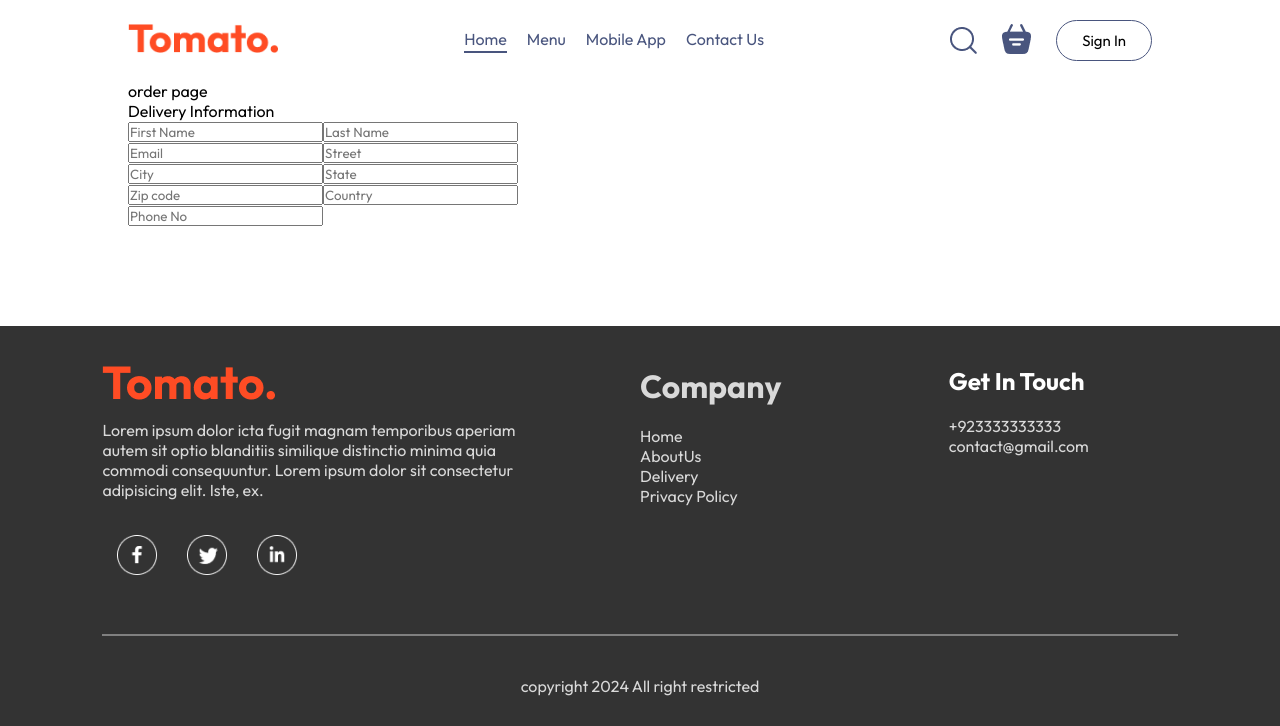
Repository: Attar786/Food-ordering-app
Page: /order (app in frontend/)
An editor plug-in stored every save of this project. The page is shown before and after the next save, followed by the edit.
The browser window is 1280 px wide. The pictures show the whole page.
The project was rebuilt for these pictures with package versions that can differ from the ones it lists, and the page was loaded fresh each time. Also part of the build but not shown: frontend/vite.config.js, frontend/src/components/Header/Header.css, frontend/src/components/Header/Header.jsx, frontend/src/components/ExploreMenu/ExploreMenu.css, frontend/src/components/ExploreMenu/ExploreMenu.jsx, frontend/src/components/FoodDisplay/FoodDisplay.css, frontend/src/components/FoodItem/FoodItem.css, frontend/src/components/FoodItem/FoodItem.jsx and 8 more.

Above is the page before, as saved 2024-07-30 20:36:19.

### frontend/src/main.jsx
import ReactDOM from 'react-dom/client'
import App from './App.jsx'
import './index.css'
import {BrowserRouter} from 'react-router-dom'
import StoreContextProvider from './context/StoreContext.jsx'
ReactDOM.createRoot(document.getElementById('root')).render(
<BrowserRouter>

<StoreContextProvider>
<App />
</StoreContextProvider>

    </BrowserRouter>
)

### frontend/src/App.jsx
import './index.css'
import Navbar from "./components/Navbar/Navbar"
import Home from './pages/Home/Home'
import Cart from './pages/Cart/Cart'
import PlaceOrder from './pages/PlaceOrder/PlaceOrder'
import { Route, Routes } from 'react-router-dom'
import Footer from './components/Footer/Footer'

import LoginPopup from './components/LoginPopup/LoginPopup'
import { useState } from 'react'
function App() {
  const [showLogin, setShowLogin] = useState(false);

  return (
    <>
  {showLogin?<LoginPopup setShowLogin={setShowLogin}/>:<></>}
  <div className='app'>
  <Navbar setShowLogin = {setShowLogin} />
<Routes>
<Route path='/' element={<Home/>}/>
<Route path='/cart' element={<Cart/>}/>
<Route path='/order' element={<PlaceOrder/>}/>
</Routes>
  </div>
  <Footer/>
    </>
  )
}

export default App

### frontend/src/index.css
@import url('https://fonts.googleapis.com/css2?family=Outfit:wght@100..900&display=swap');


*{
margin: 0;
padding: 0;
 box-sizing: border-box;
 font-family: outfit;
 scroll-behavior: smooth;
}
body{
height: 100vh;
}
a{
text-decoration: none;
color : inherit;
}
.app{
    width: 80%;
    margin: auto;
}
@keyframes fadeIn{
    0%{
        opacity: 0;
    }
    100%{
        opacity: 1;
    }
}

### frontend/src/context/StoreContext.jsx
import "./StoreContext.css";
import { createContext,useState } from "react";
import { food_list } from "../assets/assets"; // Ensure this path is correct and food_list is correctly exported

export const StoreContext = createContext(null);

const StoreContextProvider = (props) => {
  const [cartItems, setCartItems] = useState({});

  const addToCart = (itemId) => {
    if (!cartItems[itemId]) {
      setCartItems((prev) => ({ ...prev, [itemId]: 1 }));
    } else {
      setCartItems((prev) => ({ ...prev, [itemId]: prev[itemId] + 1 }));
    }
  };

  const removeFromCart = (itemId) => {
    setCartItems((prev) => {
      const newCount = prev[itemId] - 1;
      if (newCount <= 0) {
        const { [itemId]: _, ...rest } = prev;
        return rest;
      } else {
        return { ...prev, [itemId]: newCount };
      }
    });
  };

  const getTotalCartAmount = () => {
    let totalAmount = 0;
    for (const item in cartItems) {
      if (cartItems[item] > 0) {
        let itemInfo = food_list.find((product)=>product._id === item);
        totalAmount += itemInfo.price * cartItems[item];
      }
    }
    return totalAmount;
  }

  // useEffect(() => {
  //   console.log(cartItems);
  // }, [cartItems]);

  const contextValue = {
    food_list,
    cartItems,
    setCartItems,
    addToCart,
    removeFromCart,
    getTotalCartAmount
  };

  return (
    <StoreContext.Provider value={contextValue}>
      {props.children}
    </StoreContext.Provider>
  );
};

export default StoreContextProvider;

### frontend/src/components/Navbar/Navbar.jsx
import { useContext, useState } from 'react';
import './Navbar.css';
import { assets } from '../../assets/assets';
import { Link } from 'react-router-dom'
import { StoreContext } from '../../context/StoreContext';
const Navbar = ({setShowLogin}) => {
  const [menu, setMenu] = useState("home");
  const { getTotalCartAmount}= useContext(StoreContext);
  const handleMenuClick = (menuItem) => {
    setMenu(menuItem);
  };

  return (
<>
<div className="navbar">
    <Link to='/'> <img src={assets.logo} alt="Logo" className="logo" /></Link>
      <ul className="navbar-menu">
        <Link to='/' onClick={() => handleMenuClick("home")} className={menu === "home" ? "active" : ""}>Home</Link>
        <a href='#explore-menu' onClick={() => handleMenuClick("menu")} className={menu === "menu" ? "active" : ""}>Menu</a>
        <a href='#app-download' onClick={() => handleMenuClick("mobile-app")} className={menu === "mobile-app" ? "active" : ""}>Mobile App</a>
        <a href='#footer' onClick={() => handleMenuClick("contact-us")} className={menu === "contact-us" ? "active" : ""}>Contact Us</a>
      </ul>
      <div className="navbar-right">
        <img src={assets.search_icon} alt="search-icon" />
        <div>
         <Link to='/cart'> <img src={assets.basket_icon} alt="icons" /></Link>
          <div className={getTotalCartAmount()===0?"":"dot" }></div>
        </div>
        <button onClick={()=>setShowLogin(true)} >Sign In</button>

      </div>

    </div>

</>
  );
}


export default Navbar;

### frontend/src/pages/PlaceOrder/PlaceOrder.jsx
import './PlaceOrder.css'
const PlaceOrder = () => {
  return (

<form>order page
  <div className="place-order-left">
    <p className="title">Delivery Information</p>
    <div className="multi-fields">
      <input type="text"  placeholder = "First Name" />
      <input type="text" placeholder = "Last Name" />
    </div>
    <input type='email' placeholder='Email' />
    <input type='email' placeholder='Street' />
    <div className="multi-fields">
      <input type="text"  placeholder = "City" />
      <input type="text" placeholder = "State" />
    </div>
    <div className="multi-fields">
      <input type="text"  placeholder = "Zip code" />
      <input type="text" placeholder = "Country" />
    </div>
    <input type="text" placeholder='Phone No' />
    </div>
    <div className="place-order-right">


    </div>
</form>
  )
}

export default PlaceOrder

### frontend/src/components/Footer/Footer.jsx
import "./Footer.css"
import { assets } from "../../assets/assets"
const Footer = () => {
  return (
    <div className="footer" id="footer">
<div className="footer-content">
    <div className="footer-content-left">
        <img src={assets.logo} alt="fsf" />
    <p>  Lorem ipsum dolor icta fugit magnam temporibus aperiam autem sit optio blanditiis similique distinctio minima quia commodi consequuntur. Lorem ipsum dolor sit consectetur adipisicing elit. Iste, ex.</p>
    <div className="footer-social-icons">
        <img src={assets.facebook_icon} alt="" />
        <img src={assets.twitter_icon} alt="" />
        <img src={assets.linkedin_icon} alt="" />
    </div>

    </div>
    <div className="footer-content-center">
    <h1>Company</h1>
        <ul>
        <li>Home</li>
        <li>AboutUs</li>
        <li>Delivery</li>
        <li>Privacy Policy</li>
        </ul>
    </div>
    <div className="footer-content-right">
        <h2>Get In Touch</h2>
        <ul>
            <li>
                +923333333333
            </li>
            <li>
                contact@gmail.com
            </li>
        </ul>
    </div>
</div>
<hr/>
<p className="footer-copyright">
copyright 2024 All right restricted
</p>

    </div>
  )
}

export default Footer

### frontend/src/components/Navbar/Navbar.css
.navbar{
    padding: 20px 0;
    display: flex;
    justify-content: space-between;
    align-items: center;
}
.navbar .logo{
    width: 150px;
}
.navbar-menu{
    display: flex;
    list-style: none;
    gap: 20px;
    font: 18px;
    color: #49557e;
    cursor: pointer;
}
.navbar-right{
    display: flex;
    align-items: center;
    gap: 25px;

}
.navbar button{
    font-size: 15px;
    border: 1px solid #49557e;
    background: transparent;
    padding: 10px 25px;
    cursor: pointer;
    border-radius: 40px;
    transition: 0.3s;
}
.navbar button:hover{
    background-color: #fff4f2;
}
.navbar .navbar-menu .active{
    padding-bottom: 2px;
    border-bottom: 2px solid #49557e;

}
.search-icon{
    position: relative;
}
/* .search-icon .dot{ */
    /* position: absolute;
    top: -5px;
    right: -5px;
    width: 10px;
    height: 10px;
    background-color: blue;
    border-radius: 50%;
} */
.dot {
    position: absolute;
    top: 17px; /* Adjust as needed */
    right: 268px; /* Adjust as needed */
    width: 10px;
    height: 10px;
    background-color: tomato;
    border-radius: 50%;}

    @media (max-width: 1050px)
    {
        .navbar .logo{
            width: 140px;
        }
        .navbar-menu{
            gap: 20px;
            font-size: 17px;
        }
        .nav-right {
            gap: 30px;
        };
        .navbar-right img{
            width: 22px;
        }
        .navbar-right button{
            padding: 8px 25px;
        };

    }

    @media (max-width: 900px)
    {
        .navbar .logo{
            width: 100px;
        }
        .navbar-menu{
            gap: 10px;
            font-size: 16px;
        }
        .Nav-right {
            gap: 20px;
        }
        .navbar-right img{
            width: 17px;

        }
        .navbar-right button{
            padding: 7px 15px;
            font-size: 10px;
        }
    }

    @media (max-width: 750px)
    {

        .navbar-menu{
            display: none;;
        }
    }

### frontend/src/components/Footer/Footer.css
.footer {
    color: #d9d9d9;
    background-color: hsl(0, 0%, 20%);
    display: flex;
    flex-direction: column;
    align-items: center;
    gap: 20px;
    padding: 30px 8vw; /* Fixed padding syntax */
    padding-top: 40px;
    margin-top: 100px;
}

.footer-content {
    width: 100%;
    display: grid;
    grid-template-columns: 2fr 1fr 1fr;
    gap: 80px;
}

.footer-content-left, .footer-content-center, .footer-content-right {
    display: flex;
    flex-direction: column;
    align-items: start;
    gap: 20px;
}

.footer-content-left li, .footer-content-center li, .footer-content-right li {
    list-style: none;
    cursor: pointer;
}
.footer-content-center h2, .footer-content-right h2 {
    color: white;
}
.footer-social-icons img {
width: 40px;
margin: 15px;
}
.footer-social-icons img:hover {
    width: 40px;
    margin: 15px;
    }
.footer hr{
    width: 100%;
    height: 2px;
    margin: 20px 0;
    background-color : gray;
    border: none;
}
@media (max-width: 1050px) {
    .footer-content{
        display: flex;
        flex-direction:column;
        gap: 35px;
    }
    .footer-copyright{
        text-align: center;
}
}

### frontend/src/pages/Cart/Cart.css
.Cart{
    margin-top: 100px;;
}
.cart-items-title{
    display: grid;
    grid-template-columns:  1fr 1.5fr 1fr 1fr 1fr 0.5fr;
    align-items: center;
    color: gray;
    font-size: max(1vw, 12px);
}
.cart-item-item{
    margin: 10px;
    color:black;
}
.cart-item-item img{
    width: 50px;
    /* border-radius: px; */
    border: 1px solid black;
}
.Cart hr{
    height: 1px;
    background-color: #e2e2e2;
    border: none;
}
.cross{
    cursor: pointer;;
}
.cart-bottom{
    margin-top: 100px;
    display: flex;
justify-content: space-between;
gap: max(12vw,20px);
}

.cart-total{
    flex: 1;
    display: flex;
    flex-direction: column;
    gap: 20px;
}
.cart-total-details{
    display: flex;
    justify-content: space-between;
    color:#555;

}
.cart-total hr{
    margin: 10px 0px;
}
.cart-total button{
    color: white;
    background-color: tomato;
    border: none;
    width: max(15vw, 200px);
    border-radius: 4px;
    padding: 12px 0px;
    cursor: pointer;
}
.cart-promocode{
    flex: 1;
}
.cart-promocode p{
    color: #555;
}
.cart-promocode-input{
    margin-top: 10px;
    display: flex;
    justify-content: space-between;
    align-items: center;
    background-color: #eaeaea;

}
.cart-promocode-input input{
    border: none;
    background: transparent;
    outline: none;
    padding-left: 10px;
}
.cart-promocode-input button{
    width: max(12px, 150px);
    padding: 12px 5px;
    background-color: black;
    color: white;
    border: none;
    border-radius: 4px
}

@media (max-width:750px)
{
    .cart-bottom{
        flex-direction: column-reverse;
    }
    .cart-promocode{
        justify-content: start;
    }
}

Loaded but not shown: frontend/index.html (common file); frontend/src/assets/assets.js (350 lines, source omitted); frontend/src/context/StoreContext.css (no stored copy; drawn as an empty file); frontend/src/pages/Home/Home.css (no stored copy; drawn as an empty file)

After the next save:
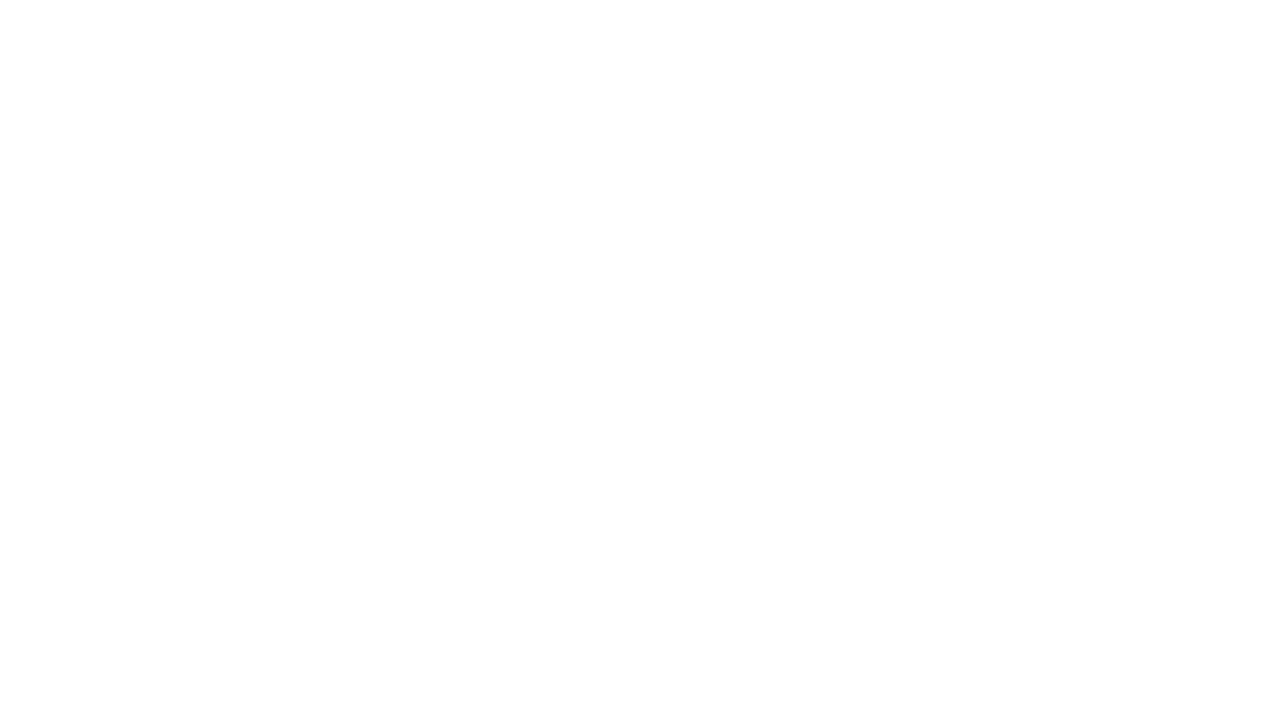
Console error: ReferenceError: getTotalCartAmount is not defined
Saved 2 min 19 s later.
--- a/frontend/src/pages/PlaceOrder/PlaceOrder.jsx
+++ b/frontend/src/pages/PlaceOrder/PlaceOrder.jsx
@@ -22,8 +22,27 @@ const PlaceOrder = () => {
     <input type="text" placeholder='Phone No' />
     </div>
     <div className="place-order-right">
+    <div className="cart-total">
+            <h2>Cart Totals</h2>
 
-
+          <div>
+            <div className="cart-total-details">
+              <p>Subtotal</p>
+              <p>{getTotalCartAmount()}</p>
+            </div>
+            <hr />
+            <div className="cart-total-details">
+              <p>Delivery Fee</p>
+              <p>{200}</p>
+            </div>
+            <hr />
+            <div className="cart-total-details">
+              <b>Total</b>
+              <b>{getTotalCartAmount()+200}</b>
+            </div>
+          </div>
+          <button>PROCEED TO PAYMENT</button>
+          </div>
     </div>
 </form>
   )

After the save that followed:
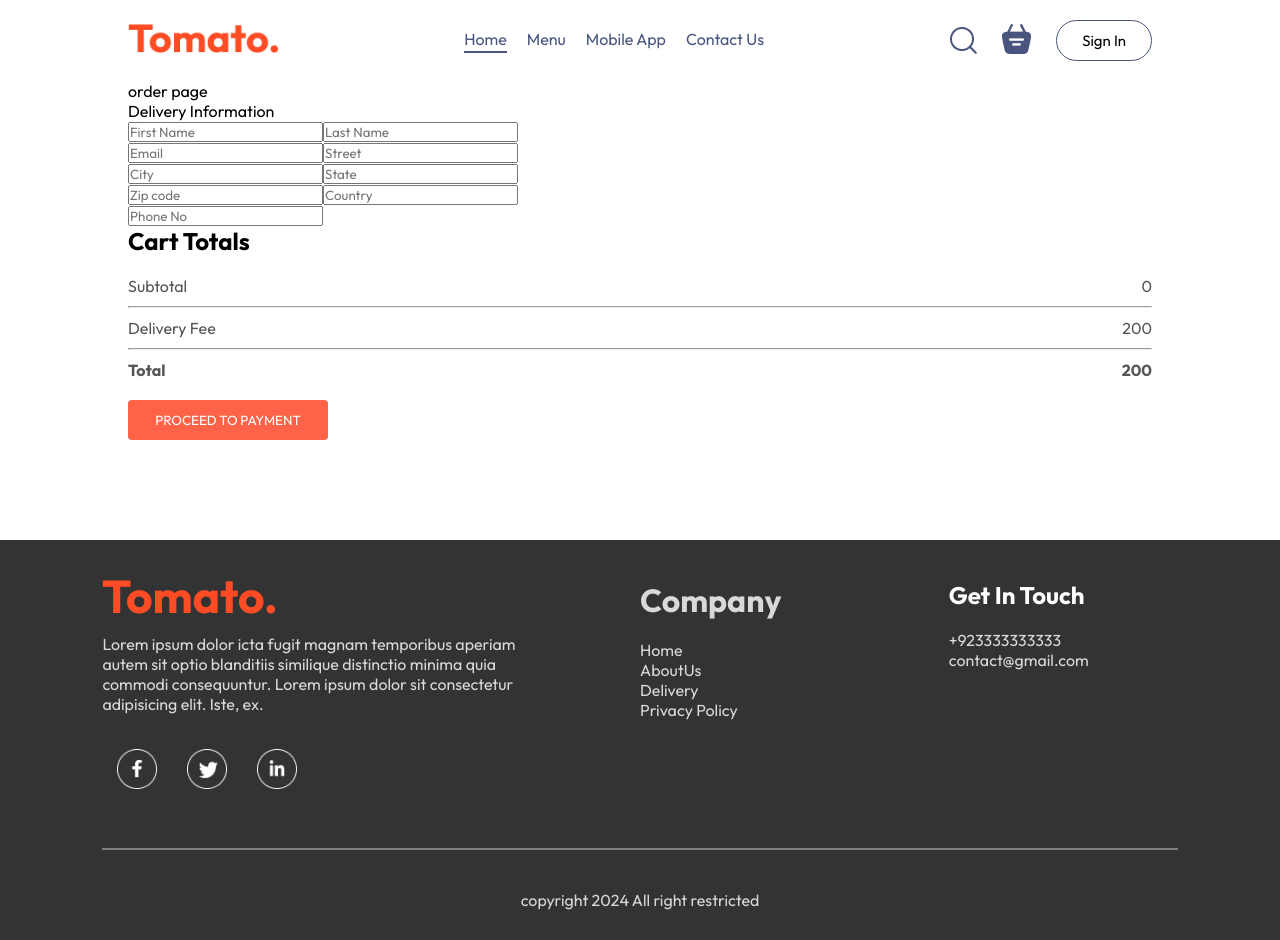
The error is gone.
Saved 52 s later.
--- a/frontend/src/pages/PlaceOrder/PlaceOrder.jsx
+++ b/frontend/src/pages/PlaceOrder/PlaceOrder.jsx
@@ -1,5 +1,9 @@
+import { useContext } from 'react'
 import './PlaceOrder.css'
+import { StoreContext } from '../../context/StoreContext'
 const PlaceOrder = () => {
+  const {getTotalCartAmount} = useContext(StoreContext);
+
   return (
 
 <form>order page
